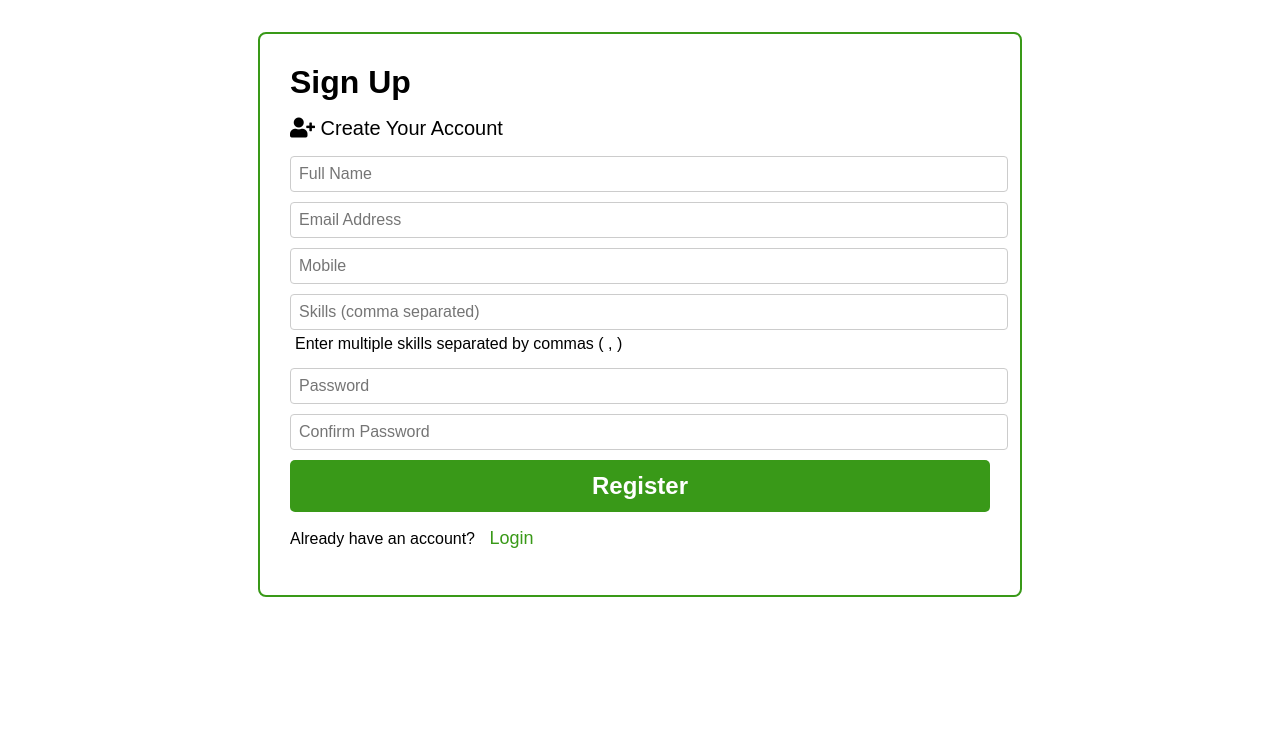
Repository: sayyad-mukthumsa-123/DevMania
Page: /register (app in frontend/)
An editor plug-in stored every save of this project. The page is shown before and after the next save, followed by the edit.
The browser window is 1280 px wide. The pictures show the whole page.
The project was rebuilt for these pictures with package versions that can differ from the ones it lists, and the page was loaded fresh each time. Also part of the build but not shown: frontend/src/pages/Home.js, frontend/src/pages/login.js, frontend/src/pages/Allprofiles.js, frontend/src/pages/MyProfile.js, frontend/src/pages/Indprofile.js.

Above is the page before, as saved 2025-02-28 23:57:03.

### frontend/public/index.html
<!-- public/index.html -->
<!DOCTYPE html>
<html lang="en">
<head>
  <meta charset="UTF-8">
  <meta name="viewport" content="width=device-width, initial-scale=1.0">
  <title>Developers Hub</title>
  <link rel="stylesheet" href="https://cdnjs.cloudflare.com/ajax/libs/font-awesome/5.15.3/css/all.min.css">
</head>
<body>
  <div id="root"></div>
</body>
</html>

### frontend/src/App.js
import React from 'react'
import {BrowserRouter,Route,Routes} from 'react-router-dom'
import Home from './pages/Home'
import Login from './pages/login'
import Register from './pages/register'
import Allprofiles from './pages/Allprofiles'
import MyProfile from './pages/MyProfile'
import Indprofile from './pages/Indprofile'

const App = () => {
  return (
    <div>

      <BrowserRouter>
      <Routes>
        <Route path='/' exact Component={Home}/>
        <Route path='/login' exact Component={Login}/>
        <Route path='/register' exact Component={Register}/>
        <Route path='/allprofiles' exact Component={Allprofiles}/>
        <Route path='/myprofile' exact Component={MyProfile}/>
        <Route path='/indprofile/:fullname/:email/:skill/:id' exact Component={Indprofile}/>
      </Routes>
      </BrowserRouter>
    </div>
  )
}

export default App

### frontend/src/pages/register.js
import React, { useState } from 'react';
import { Link, useNavigate } from 'react-router-dom';
import axios from 'axios';
import '../styles/styles.css';

const Register = () => {
    const [formData, setFormData] = useState({
        fullname: '',
        email: '',
        mobile: '',
        skill: '',
        password: '',
        confirmPassword: ''
    });

    const navigate = useNavigate();

    const handleChange = e => {
        setFormData({ ...formData, [e.target.name]: e.target.value });
    };

    const handleSubmit = async e => {
        e.preventDefault();

        if (formData.password !== formData.confirmPassword) {
            alert("Passwords do not match");
            return;
        }

        try {
            const response = await axios.post('http://localhost:5000/register', formData, {
                headers: {
                    'Content-Type': 'application/json',
                }
            });

            if (response.status === 200) {
                console.log('Success:', response.data);
                alert('Registration successful! Please log in.');
                navigate('/login');
            } else {
                console.error('Error:', response.statusText);
            }
        } catch (error) {
            console.error('Error:', error);
        }
    };

    return (
        <div>
            <section className="container">
                <h1 className='large'>Sign Up</h1>
                <p className='lead'><i className="fas fa-user-plus"></i> Create Your Account</p>
                <form className='form' onSubmit={handleSubmit} autoComplete='off'>
                    <div className='form-group'>
                        <input
                            type='text'
                            placeholder='Full Name'
                            name="fullname"
                            value={formData.fullname}
                            onChange={handleChange}
                            required
                        />
                    </div>
                    <div className='form-group'>
                        <input
                            type='email'
                            placeholder='Email Address'
                            name="email"
                            value={formData.email}
                            onChange={handleChange}
                            required
                        />
                    </div>
                    <div className='form-group'>
                        <input
                            type='text'
                            placeholder='Mobile'
                            name="mobile"
                            value={formData.mobile}
                            onChange={handleChange}
                            required
                        />
                    </div>
                    <div className='form-group'>
                        <input
                            type='text'
                            placeholder='Skills (comma separated)'
                            name="skill"
                            value={formData.skill}
                            onChange={handleChange}
                            required
                        />
                        <p className='form-text'>Enter multiple skills separated by commas ( , )</p>
                    </div>
                    <div className='form-group'>
                        <input
                            type='password'
                            placeholder='Password'
                            name="password"
                            value={formData.password}
                            onChange={handleChange}
                            minLength='6'
                            required
                        />
                    </div>
                    <div className='form-group'>
                        <input
                            type='password'
                            placeholder='Confirm Password'
                            name="confirmPassword"
                            value={formData.confirmPassword}
                            onChange={handleChange}
                            minLength='6'
                            required
                        />
                    </div>
                    <input type='submit' className='btn' value="Register" />
                </form>
                <p className="text">
                    Already have an account? <Link to="/login" className='link-auth'>Login</Link>
                </p>
            </section>
        </div>
    );
}

export default Register;

### frontend/src/styles/styles.css
/* General reset */
body, html {
  margin: 0;
  padding: 0;
  font-family: Arial, sans-serif;
  width: 100%;
  min-height: 100vh;

}

/* Navbar styles */
.navbar {
  display: flex;
  justify-content: space-between;
  align-items: center;
  padding: 4px;
  font-size: x-large;
  background-color: #22580f
}

.navbar h1 a {
  color: #ffffff;
  text-decoration: none;
}

.navbar ul {
  list-style: none;
  display: flex;
  margin: 0;
  padding: 10px;
  font-size: larger;
}
.navbar ul li
{
  padding: 10px;
  transition: all 0.3s ease;
}
.navbar ul li:hover
{
  transform: scale(1.2);
}
.navbar ul li {
  margin-left: 1rem;
}

.navbar ul li a {
  color: #ffffff;
  text-decoration: none;
}

/* Landing page styles */
/* .landing {
  height: 100%;
  display: flex;
  align-items: center;
  justify-content: center;
  color: black;
  position: relative;
}

.dark-overlay {
  position: absolute;
  top: 0;
  left: 0;
  right: 0;
  bottom: 0;
}

.landing-inner {
  text-align: center;
  z-index: 2;
  position: relative;
}

.x-large {
  font-size: 4rem;
}

.lead {
  font-size: 1.5rem;
  margin-bottom: 2rem;
  color: black;
}

.buttons .btn ,.btn{
  margin: 3rem 2rem;
  padding: 0.75rem 1.25rem;
  border: none;
  border-radius: 5px;
  cursor: pointer;
  text-decoration: none;
  font-size: x-large;
  background-color:#399918 ;
  color: #ffffff;
}


.btn-auth {
  transition: all 0.3s ease;
}
.btn-auth:hover
{
  transform: scale(1.1);
} */

.landing {
  height: 100vh;
  display: flex;
  align-items: center;
  justify-content: center;
  color: white;
  position: relative;
  background: url('../images/home.png') no-repeat center center/cover;
  text-align: center;
  flex-direction: column;
}

.dark-overlay {
  position: absolute;
  top: 0;
  left: 0;
  right: 0;
  bottom: 0;
  background: rgba(0, 0, 0, 0.6); /* Adds a dark overlay for better text visibility */
  display: flex;
  flex-direction: column;
  justify-content: center;
  align-items: center;
}

.landing-inner {
  text-align: center;
  z-index: 2;
  position: relative;
  padding: 2rem;
  max-width: 800px;
}

.x-large {
  font-size: 4rem;
  font-weight: bold;
}

.lead {
  font-size: 1.5rem;
  margin-bottom: 2rem;
}

.buttons {
  display: flex;
  justify-content: center;
  gap: 1.5rem;
}

.btn, .btn-auth {
  width: auto;
  padding: 0.75rem 1.5rem;
  border: none;
  border-radius: 8px;
  cursor: pointer;
  text-decoration: none;
  font-size: 1.25rem;
  font-weight: bold;
  background-color: #399918;
  color: #ffffff;
  transition: all 0.3s ease;
}

.btn-auth:hover {
  transform: scale(1.1);
  background-color: #2e7d12;
}

/* Ensure Navbar stays at the top */
.navbar {
  position: absolute;
  top: 0;
  left: 0;
  width: 100%;
  z-index: 3;
}


/* Container styles */
.container {
  width: 700px;
  margin: 2rem auto;
  padding: 30px;
  border: 2px solid #399918;
  color: black;
  border-radius: 8px;
  position: relative; /* To ensure proper z-index handling */
  z-index: 1; /* Ensures the container is above any background effects */
}

/* Form styles */
.form {


  display: flex;
  flex-direction: column;
}

.form-group {
  margin-bottom: 1.5rem;
}

.form-text
{
  margin:5px !important;
}
.form-group input {
  width: 10%;
  padding: 0.75rem;
  font-size: 1rem;
  border: 1px solid black;
  border-radius: 5px;
  transition: border-color 0.3s ease-in-out, box-shadow 0.3s ease-in-out;
}

.form-group input:focus {
  border-color: #f6f7f9;
  box-shadow: 0 0 8px rgba(0, 123, 255, 0.3);
  outline: none;
}

.btn {
  display: inline-block;
  padding: 0.75rem 1.5rem;
  border: none;
  border-radius: 5px;
  cursor: pointer;
  text-decoration: none;
  font-size: 1.5rem;
  text-align: center;
}

/* .btn-primary {
  background-color: #007bff;
  color: #ffffff;
}

.btn-primary:hover {
  background-color: #0056b3;
  opacity: 0.9;
} */

/* .text-primary {
  color: #f6f8fb;
} */

.large {
  margin: 0 !important;
  font-size: 2rem;
  margin-bottom: 1rem;
}

.lead {
  font-size: 1.25rem;
  margin-bottom: 1rem;
}

.error {
  color: red;
  margin-top: 1rem;
}

p {
  margin-top: 1rem;
}
.link-auth{
  color:#399918;
  text-decoration: none;
  cursor: pointer;
  padding-left:10px ;
  transition: all 0.3s ease;
  display: inline-block;
  font-size: large;
}
.link-auth:hover
{
  transform: scale(1.3);
}
/* Profiles styles */
.profiles {
  display: flex;
  flex-direction: column;
  gap: 1rem;
}

.profile {
  background-color: #f4f4f4;
  padding: 1rem;
  display: flex;
  align-items: center;
  border: 1px solid #ccc;
  box-shadow: 0 4px 8px rgba(0, 0, 0, 0.1);
  border-radius: 5px;
  margin-bottom: 1rem;
}

.profile .round-img {
  width: 100px;
  border-radius: 50%;
  margin-right: 1rem;
}

.profile-info {
  flex: 1;
}

.profile-info h2 {
  margin: 0 0 0.5rem 0;
}

.profile-info p {
  margin: 0.5rem 0;
}

.profile-info .btn {
  display: inline-block;
  background-color:#399918;
  color: #fff;
  padding: 0.5rem 1rem;
  text-decoration: none;
  border-radius: 0.25rem;
  margin-top: 0.5rem;
  transition: all 0.3s ease;
}

.profile-info .btn:hover {
  transform: scale(1.1);
  background-color:#399918;
}

.profile-skills {
  list-style: none;
  padding: 0;
  display: flex;
  flex-direction: column;
  gap: 0.5rem;
  margin-left: 1rem;
  color: black;
}

.profile-skills li {
  display: flex;
  align-items: center;
  color:greenyellow;
}

.profile-skills li i {
  margin-right: 0.5rem;
}

/* GitHub Section */
.profile-github {
  margin-top: 1rem;
}

.profile-github h2 {
  margin-bottom: 1rem;
}

.repo {
  background: #fff;
  padding: 1rem;
  margin-bottom: 1rem;
  border: 1px solid #ccc;
}

.repo h4 {
  margin: 0.5rem 0;
}

.repo p {
  margin: 0.5rem 0;
}

/* Form */
.form {
  margin-top: 1rem;
}

.form-group {
  margin-bottom: 10px;
}

.form-group input {
  width: 100%;
  padding: 0.5rem;
  border: 1px solid #ccc;
  border-radius: 0.25rem;
}

.form-group input:focus {
  border-color: #007bff;
  outline: none;
}

/* .btn-primary {
  background: #007bff;
  color: #fff;
  border: none;
  padding: 0.5rem 1rem;
  cursor: pointer;
}

.btn-primary:hover {
  background: #0056b3;
} */

/* Profile Grid */
.profile-grid {
  display: grid;
  grid-template-columns: 1fr;
  grid-gap: 1rem;
  margin-top: 1rem;
}

.profile-top {
  background: #0a0a0a;
  color: #fff;
  padding: 1rem;
  text-align: center;
}

.profile-top img {
  width: 150px;
  border-radius: 50%;
}

.profile-top h1 {
  margin: 0.5rem 0;
}

.profile-top p {
  margin: 0.5rem 0;
}
a{
  color:aqua
}
 .white-text {
  color: black;
}
 .skill-text {
  /* background-color: #5e585c16;  */
  color: #c51414;
  padding: 10px 15px;
  border-radius: 5px;
  display: flex;
  align-items: center;
  font-size: 16px;
  margin-top: 2px;
  /* box-shadow: 0 2px 4px rgba(0, 0, 0, 0.1);  */
}


.skill-text i {
  color: #28a745;
  margin-right: 30px;
}
.taskprovider
{
  color:#28a745;
  text-decoration: none;
  font-size: xx-large;
}

Loaded but not shown: frontend/src/index.js (common file); frontend/src/index.css (common file); frontend/src/reportWebVitals.js (common file)

After the next save:
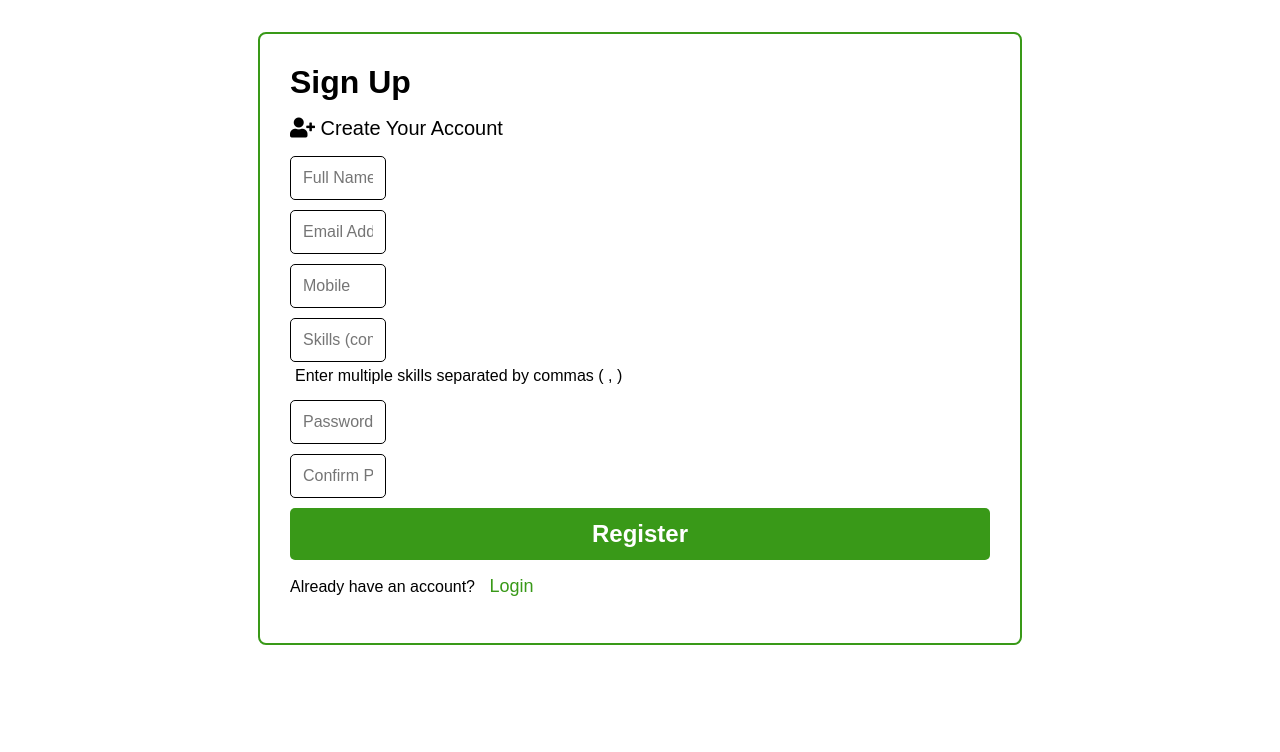
Saved 28 s later.
--- a/frontend/src/styles/styles.css
+++ b/frontend/src/styles/styles.css
@@ -386,12 +386,12 @@ p {
   margin-bottom: 10px;
 }
 
-.form-group input {
+/* .form-group input {
   width: 100%;
   padding: 0.5rem;
   border: 1px solid #ccc;
   border-radius: 0.25rem;
-}
+} */
 
 .form-group input:focus {
   border-color: #007bff;
